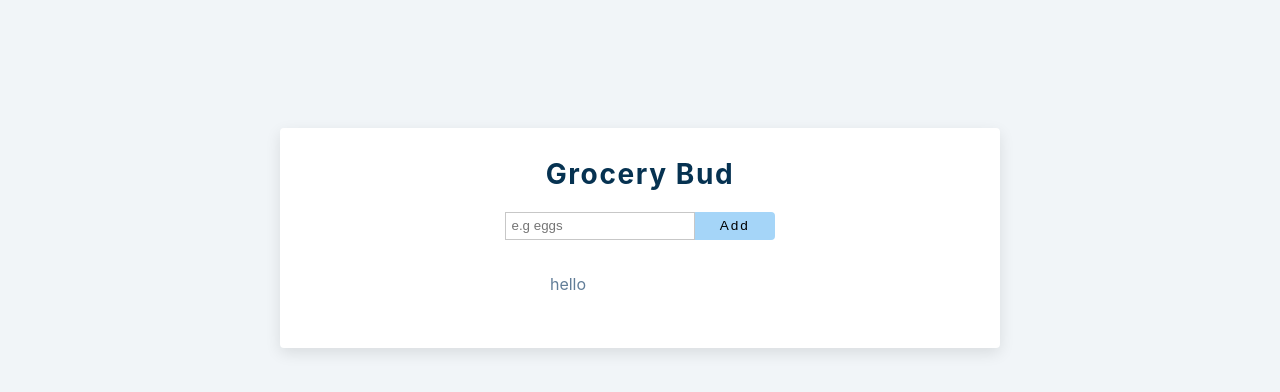
Repository: NavidJalilian/react-projects
Page: / (app in groceryBud-project/)
An editor plug-in stored every save of this project. The page is shown before and after the next save, followed by the edit.
The browser window is 1280 px wide. The pictures show the whole page.
The project was rebuilt for these pictures with package versions that can differ from the ones it lists, and the page was loaded fresh each time. Also part of the build but not shown: groceryBud-project/src/Alert.js, groceryBud-project/src/Test.js.

Above is the page before, as saved 2022-04-29 00:04:49.

After the next save:
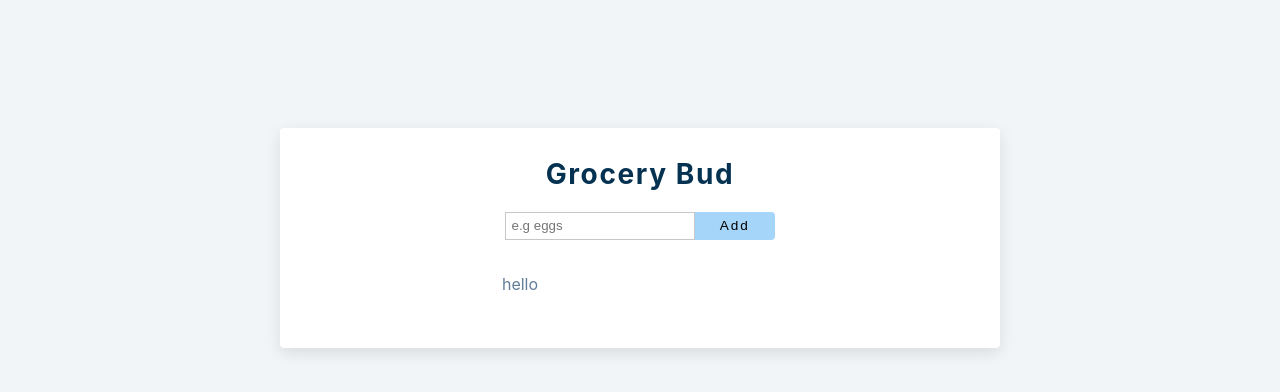
Saved 9 s later.
--- a/groceryBud-project/src/App.js
+++ b/groceryBud-project/src/App.js
@@ -98,7 +98,7 @@ function App() {
         </div>
       </form>
       <div className="grocery-container">
-        <p style={{ textAlign: "center", marginRight: "9rem" }}>hello</p>
+        <p style={{ textAlign: "center", marginRight: "15rem" }}>hello</p>
         <List list={list} removeItem={removeItem} editItem={editItem} />
         {list.length > 0 && (
           <button className="clear-btn" onClick={clearList}>
